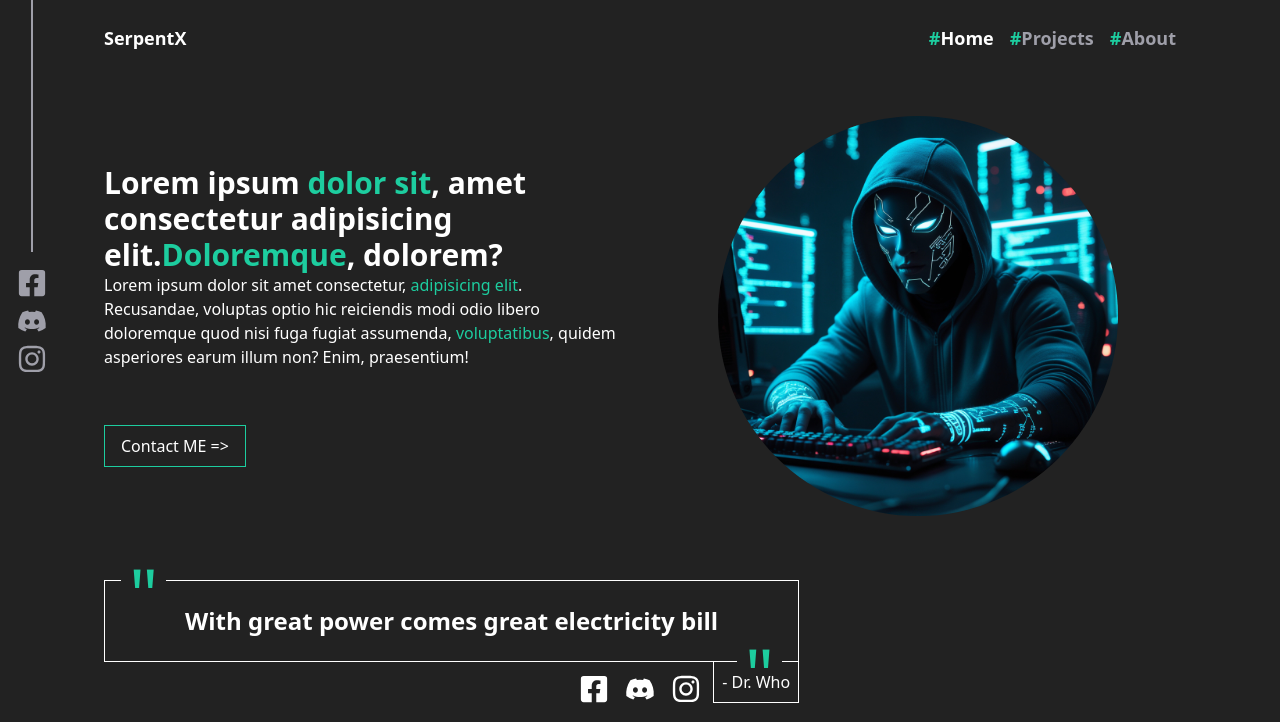
Repository: SERPENTX03/Portfolio-Tutorial
Page: /
An editor plug-in stored every save of this project. The page is shown before and after the next save, followed by the edit.
The browser window is 1280 px wide. The pictures show the whole page.
The project was rebuilt for these pictures with package versions that can differ from the ones it lists, and the page was loaded fresh each time. The framework's server and built-in components were replaced by stand-ins that run in the browser. Also part of the build but not shown: next.config.ts.

Above is the page before, as saved 2025-04-19 21:06:09.

After the next save:
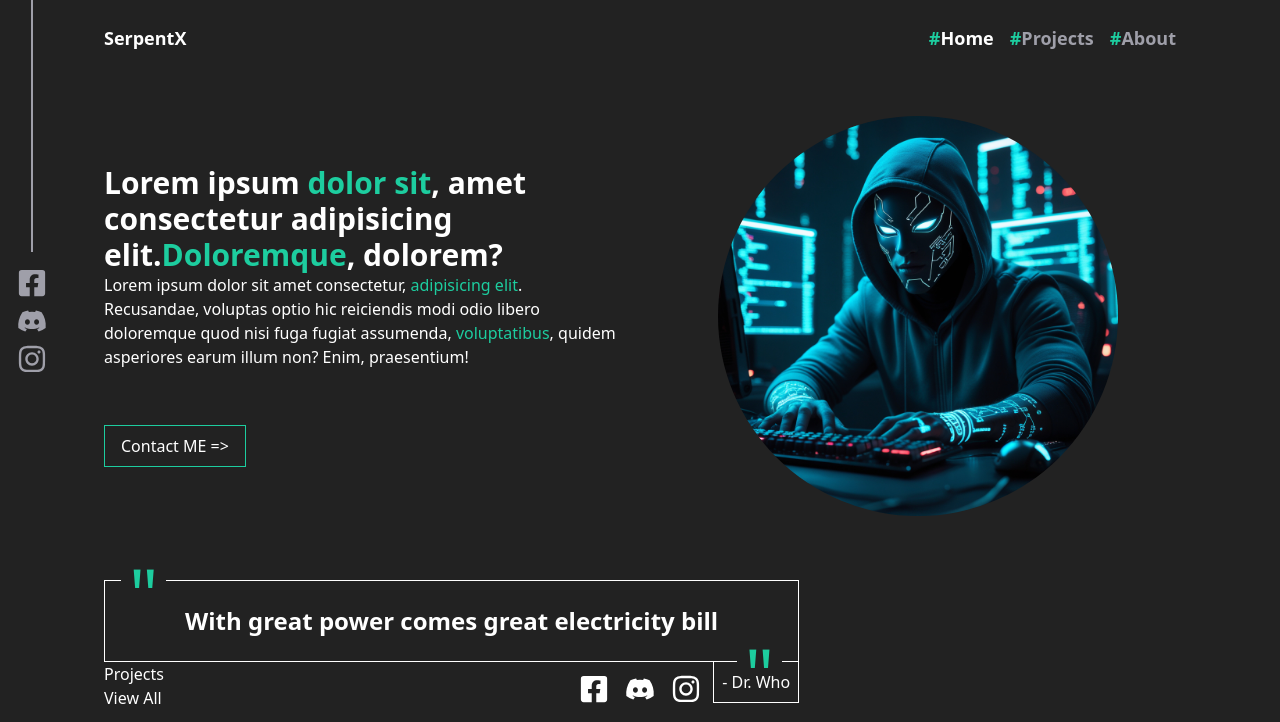
Saved 19 s later.
--- a/components/Projects.tsx
+++ b/components/Projects.tsx
@@ -1,7 +1,12 @@
+import Link from "next/link";
+
 const Projects = () => {
   return (
     <section>
-      <div></div>
+      <div>
+        <h2>Projects</h2>
+        <Link href="/projects">View All</Link>
+      </div>
     </section>
   );
 };
